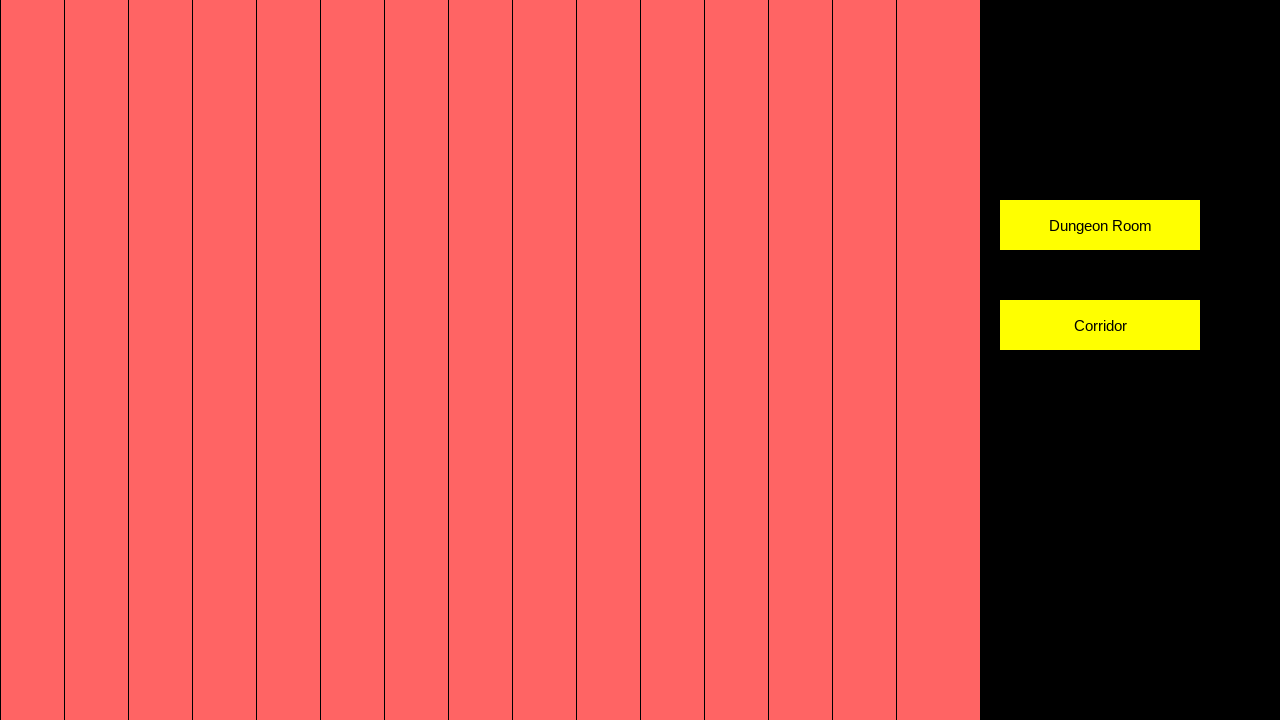
Repository: Nilabh-Bhowal/Dungeon-Game
Script's output: python editor.py
These files come from the project's save history. The script's output is drawn as it stood at one moment and after a run of saves; the edit follows.
The window is shown after at most 60 frames with no key pressed. A system font it names is replaced by a similar one. Random numbers start from a fixed seed.

Above is the script's output before, as saved 2023-06-15 15:19:59.

### editor.py
import pygame

import dungeon
import ui

pygame.init()

screen = pygame.display.set_mode((1280, 720))


def save(num, level):
    with open(f'levels/{num}.txt', 'w') as f:
        for item in level:
            if isinstance(item, dungeon.DungeonRoom):
                l = 0
            elif isinstance(item, dungeon.Corridor):
                l = 1
            f.write(f"[{l}, {item.rect.x}, {item.rect.y}]\n")


def check_collision(rect, level, scroll):
    for item in level:
        if rect != item.rect and item.rect.colliderect(rect):
            if rect.bottom > item.rect.top and pygame.mouse.get_pos()[1] < item.rect.top:
                rect.bottom = item.rect.top
            elif rect.top < item.rect.bottom and pygame.mouse.get_pos()[1] > item.rect.bottom:
                rect.top = item.rect.bottom
            if rect.right > item.rect.left and pygame.mouse.get_pos()[0] < item.rect.left:
                rect.right = item.rect.left
            elif rect.left < item.rect.right and pygame.mouse.get_pos()[0] > item.rect.right:
                rect.left = item.rect.right


scroll = [0, 0]
cam_movement = [0, 0]

level = []
current_item = "room"

pressed = False

clock = pygame.time.Clock()

room_button = ui.Button("Comic Sans MS", 15, (255, 255, 0),
                        "Dungeon Room", 1000, 200, 200, 50)
corridor_button = ui.Button(
    "Comic Sans MS", 15, (255, 255, 0), "Corridor", 1000, 300, 200, 50)

running = True
while running:

    for event in pygame.event.get():
        if event.type == pygame.QUIT:
            running = False

        if event.type == pygame.KEYDOWN:
            if event.key == pygame.K_RIGHT:
                cam_movement[0] = 1
            if event.key == pygame.K_LEFT:
                cam_movement[0] = -1
            if event.key == pygame.K_DOWN:
                cam_movement[1] = 1
            if event.key == pygame.K_UP:
                cam_movement[1] = -1

            if event.key == pygame.K_s:
                save(0, level)

        if event.type == pygame.KEYUP:
            if event.key in [pygame.K_RIGHT, pygame.K_LEFT]:
                cam_movement[0] = 0
            if event.key in [pygame.K_UP, pygame.K_DOWN]:
                cam_movement[1] = 0

    if pygame.mouse.get_pos()[0] <= 980 and pygame.mouse.get_pressed()[0] and not pressed:
        pressed = True
        if current_item == "room":
            level.append(dungeon.DungeonRoom((pygame.mouse.get_pos()[
                         0] + scroll[0]) // 64 * 64 - 512, pygame.mouse.get_pos()[1] + scroll[1] // 64 * 64 - 512))
        elif current_item == "corridor":
            level.append(dungeon.Corridor(pygame.mouse.get_pos()[
                         0] + scroll[0] // 64 * 64 - 128, pygame.mouse.get_pos()[1] + scroll[1] // 64 * 64 - 64))
    if not pygame.mouse.get_pressed()[0]:
        pressed = False

    if pygame.mouse.get_pos()[0] <= 980 and pygame.mouse.get_pressed()[2]:
        for room in level:
            if room.rect.collidepoint((pygame.mouse.get_pos()[0] + scroll[0], pygame.mouse.get_pos()[1] + scroll[1])):
                level.remove(room)

    for item in reversed(level):
        check_collision(item.rect, level, scroll)

    scroll[0] += cam_movement[0] * 20
    scroll[1] += cam_movement[1] * 20

    screen.fill((255, 100, 100))
    for room in level:
        room.draw(screen, scroll)
    for i in range(15):
        pygame.draw.line(screen, (0, 0, 0), (i * 64, 0), (i * 64, 720))
    for i in range(11):
        pygame.draw.line(screen, (0, 0, 0), (i * 64, 0), (i * 64, 720))
    pygame.draw.rect(screen, (0, 0, 0), (980, 0, 300, 720))

    if room_button.draw(screen):
        current_item = "room"
    if corridor_button.draw(screen):
        current_item = "corridor"

    pygame.display.update()
    clock.tick(60)

pygame.quit()

### dungeon.py
import pygame

class DungeonRoom:
    def __init__(self, x, y):
        self.rect = pygame.Rect(x, y, 1024, 1024)
        self.color = (50, 0, 205)

    def draw(self, screen, scroll):
        pygame.draw.rect(screen, self.color,
                        (self.rect.x - scroll[0], self.rect.y - scroll[1], self.rect.width, self.rect.height))

class Corridor:
    def __init__(self, x, y):
        self.rect = pygame.Rect(x, y, 256, 128)
        self.color = (50, 0, 205)

    def draw(self, screen, scroll):
        pygame.draw.rect(screen, self.color,
                        (self.rect.x - scroll[0], self.rect.y - scroll[1], self.rect.width, self.rect.height))

### ui.py
import pygame


def display_text(font_file, size, color, text, x, y, screen):
    font = pygame.font.SysFont(font_file, size)
    text = font.render(text, True, color)
    text_rect = text.get_rect()
    screen.blit(text, (x - text_rect.width // 2, y - text_rect.height // 2))


class Button:
    def __init__(self, font, size, color, text, x, y, width, height, text_color=(0, 0, 0)):
        self.font = font
        self.size = size
        self.color = color
        self.text = text
        self.rect = pygame.Rect(x, y, width, height)
        self.text_color = text_color

    def draw(self, screen):

        if self.rect.collidepoint(pygame.mouse.get_pos()[0], pygame.mouse.get_pos()[1]):
            if pygame.mouse.get_pressed()[0]:
                pressed = self.normal_draw(True, screen)
            else:
                pressed = False
                pygame.draw.rect(screen, self.color, (self.rect.x - 5,
                                 self.rect.y - 5, self.rect.width + 10, self.rect.height + 10))
                display_text(self.font, self.size + 5, self.text_color, self.text, self.rect.x +
                             self.rect.width // 2, self.rect.y + self.rect.height // 2, screen)
        else:
            pressed = self.normal_draw(False, screen)
        return pressed

    def normal_draw(self, pressed, screen):
        result = pressed
        pygame.draw.rect(screen, self.color, self.rect)
        display_text(self.font, self.size, self.text_color, self.text, self.rect.x +
                     self.rect.width // 2, self.rect.y + self.rect.height // 2, screen)
        return result

After the next 2 saves:
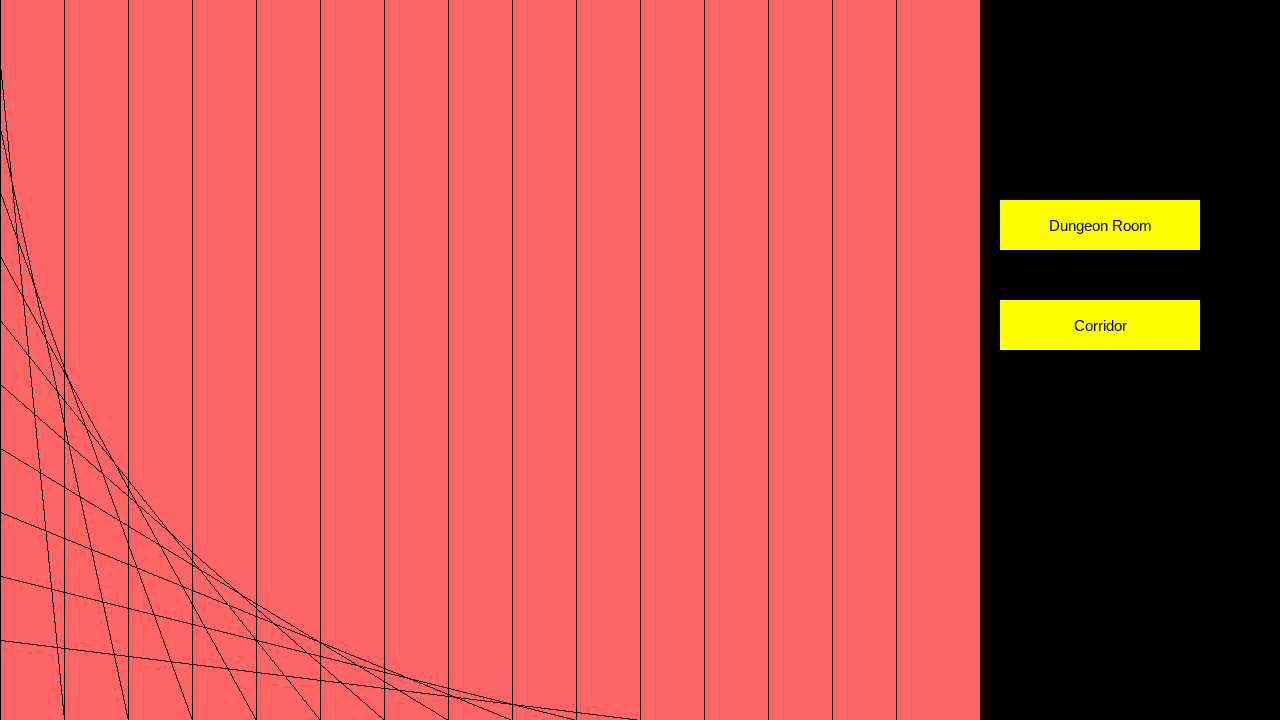
The 2 saves are shown as one change because they came seconds apart.
The last was saved 11 s later.
--- a/editor.py
+++ b/editor.py
@@ -100,7 +100,7 @@ while running:
     for i in range(15):
         pygame.draw.line(screen, (0, 0, 0), (i * 64, 0), (i * 64, 720))
     for i in range(11):
-        pygame.draw.line(screen, (0, 0, 0), (i * 64, 0), (i * 64, 720))
+        pygame.draw.line(screen, (0, 0, 0), (0, i * 64), (i * 64, 720))
     pygame.draw.rect(screen, (0, 0, 0), (980, 0, 300, 720))
 
     if room_button.draw(screen):
